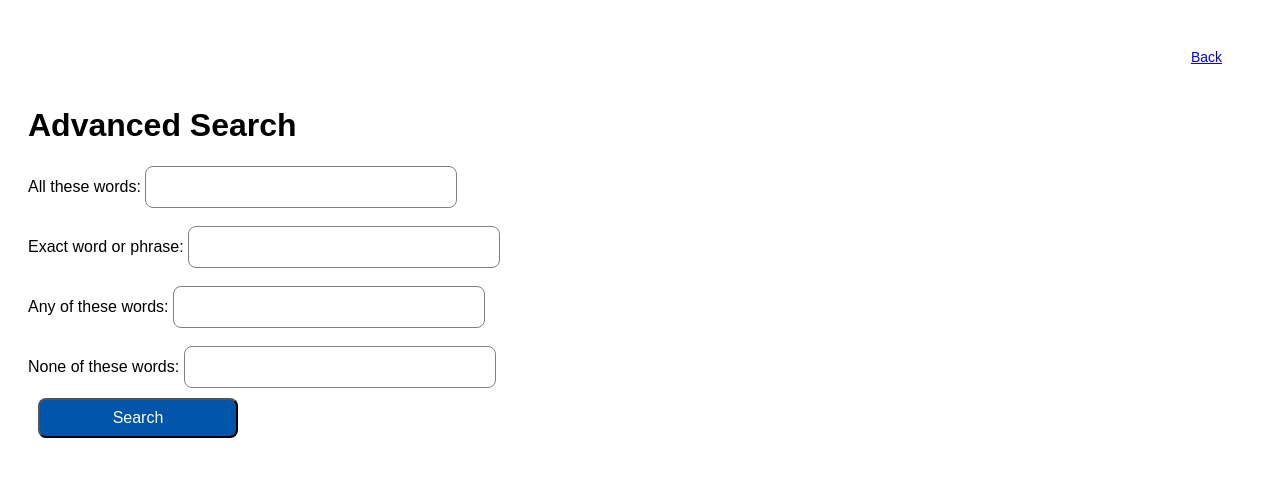
Repository: lyutok/cs50-search-project
Page: advanced.html
An editor plug-in stored every save of this project. The page is shown before and after the next save, followed by the edit.
The browser window is 1280 px wide. The pictures show the whole page.
The style sheet was rebuilt from its Sass, Less or Tailwind sources for each picture, by a compiler version that may differ from the author's.

Above is the page before, as saved 2025-07-07 13:50:01.

### advanced.html
<!DOCTYPE html>
<html lang="en">
<head>
    <meta name="viewport" content="width=device-width, initial-scale=1.0" charset="UTF-8">
    <title>Advanced Search</title>
    <link rel="stylesheet" href="styles.css">
    </head>
<body id="advanced_page">
    <div>
        <a href="google.html">Back</a>
    </div>
    <h1>Advanced Search</h1>
    <form action="https://www.google.com/search">
        <label for="all-words">All these words:</label>
        <input type="text" id="all-words" name="as_q">
        <br><br>
        <label for="exact-word">Exact word or phrase:</label>
        <input type="text" id="exact-word" name="as_epq">
        <br><br>
        <label for="any-word">Any of these words:</label>
        <input type="text" id="any-word" name="as_oq">
        <br><br>
        <label for="none-words">None of these words:</label>
        <input type="text" id="none-words" name="as_eq">
        <br>
        <button id="advanced" type="submit">Search</button>
    </form>
</body>
</html>

### styles.scss
$color: rgb(48, 177, 106);

a {
    font-size: 14px;
    padding: 10px;
}

body {
    font-family: Arial, sans-serif;
    padding: 20px;
    text-align: center;

    div {
        text-align: right;
        padding: 20px;
    }
}

input {
    width: 300px;
    height: 30px;
    border-radius: 8px;
    border: 1px solid grey;
    padding: 5px;
    font-size: 16px;
}

button {
    margin: 10px;
    border-radius: 8px;
    background-color: rgb(45, 128, 0);
    font-size: 16px;
    color: white;
    height: 40px;
    width: 100px;
}

#advanced {
  background-color: rgb(0, 85, 170);
  width: 200px;
}

button:hover {
                background-color: rgb(192, 196, 186);
            }

#advanced_page {
    text-align: left;
}

After the next save:
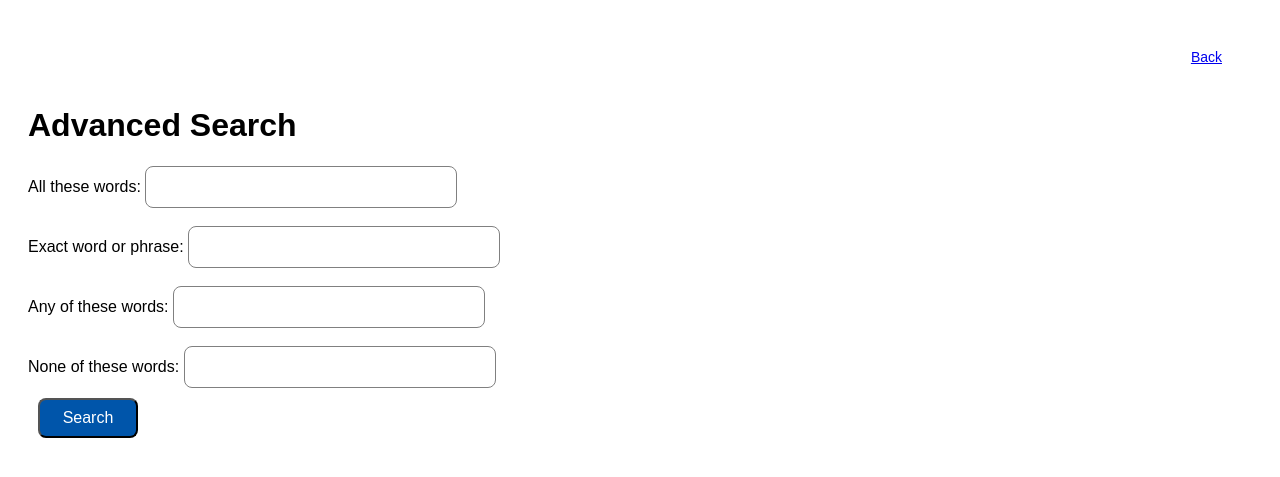
Saved 89 s later.
--- a/styles.scss
+++ b/styles.scss
@@ -37,7 +37,6 @@ button {
 
 #advanced {
   background-color: rgb(0, 85, 170);
-  width: 200px;
 }
 
 button:hover {
